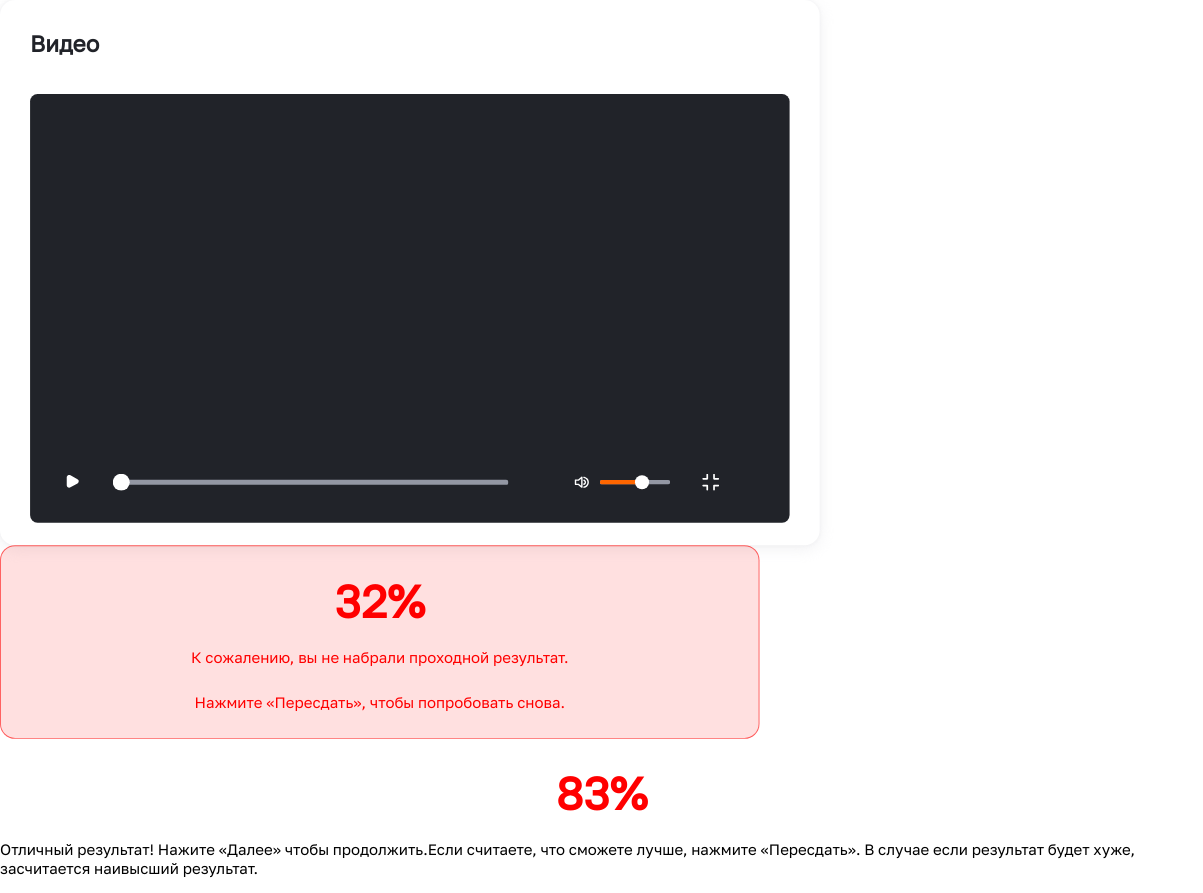
Repository: RuslanSR2424/Group5_LizaAlert
Page: index.html
An editor plug-in stored every save of this project. The page is shown before and after the next save, followed by the edit.
The browser window is 1280 px wide. The pictures show the whole page, at 94% of full size.

Above is the page before, as saved 2022-03-09 17:14:51.

### index.html
<!DOCTYPE html>
<html lang="en">

<head>
    <meta charset="UTF-8">
    <meta http-equiv="X-UA-Compatible" content="IE=edge">
    <meta name="viewport" content="width=device-width, initial-scale=1.0">
    <link rel="stylesheet" href="./pages/index.css" />
    <title>Document</title>
</head>

<body class="root">
    <section class="video">
        <h2 class="video__title">
            Видео
        </h2>
        <div class="video__player">
            <img class="video__button video__button_type_play" src="./images/video/start.svg">
            <img class="video__button video__button_type_timeline" src="./images/video/timeline.svg">
            <img class="video__button video__button_type_sound-icon" src="./images/video/sound-icon.svg">
            <img class="video__button video__button_type_sound" src="./images/video/sound.svg">
            <img class="video__button video__button_type_size" src="./images/video/size.svg">
        </div>
    </section>
    <section class="results">
        <div class="results__bad">
            <h2 class="results__score">32%</h2>
            <p class="result__text result__text_type_bad">К сожалению, вы не набрали проходной результат.</p>
            <p class="result__text result__text_type_bad">Нажмите «Пересдать», чтобы попробовать снова.</p>
        </div>
        <div class="results__good">
            <h2 class="results__score">83%</h2>
            <div class="result__text">
                <p class="result__text result__text_type_good">Отличный результат!
                    Нажите «Далее» чтобы продолжить.Если считаете, что сможете лучше, нажмите «Пересдать». В случае
                    если результат будет хуже, засчитается наивысший результат.</p>
            </div>
        </div>
    </section>
</body>

</html>

### pages/index.css
@import url(../fonts/fonts.css);
@import url(../blocks/root/root.css);

/* video */

@import url(../blocks/video/video.css);
@import url(../blocks/video/__button/video__button.css);
@import url(../blocks/video/__button/_type/video__button_type_play.css);
@import url(../blocks/video/__button/_type/video__button_type_sound.css);
@import url(../blocks/video/__button/_type/video__button_type_timeline.css);
@import url(../blocks/video/__button/_type/video__button_type_size.css);
@import url(../blocks/video/__button/_type/video__button_type_sound-icon.css);
@import url(../blocks/video/__player/video__player.css);
@import url(../blocks/video/__title/video__title.css);

/* results */

@import url(../blocks/results/results.css);
@import url(../blocks/results/__bad/results__bad.css);
@import url(../blocks/results/__good/results__good.css);
@import url(../blocks/results/__score/results__score.css);
@import url(../blocks/results/__text/results__text.css);
@import url(../blocks/results/__text/_type/result__text_type_bad.css);
@import url(../blocks/results/__text/_type/result__text_type_good.css);

### fonts/fonts.css
@font-face {
  font-family: "GolosTextWebRegular";
  src: url(./golos/Golos-Text_Regular.woff2) format("woff2"),
    url(./golos/Golos-Text_Regular.woff) format("woff");
  font-weight: normal;
  font-style: normal;
}
@font-face {
  font-family: "GolosTextWebBold";
  src: url(./golos/Golos-Text_Bold.woff2) format("woff2"),
    url(./golos/Golos-Text_Bold.woff) format("woff");
  font-weight: normal;
  font-style: normal;
}

### blocks/root/root.css
.root {
  margin: 0;
  padding: 0;
  font-family: "GolosTextWebRegular";
}

### blocks/video/video.css
.video {
  height: 580px;
  width: 872px;
  display: flex;
  flex-direction: column;
  background: #ffffff;
  box-shadow: 0px 0px 4px rgba(231, 232, 235, 0.6),
    0px 4px 16px rgba(231, 232, 235, 0.6);
  border-radius: 16px;
}

### blocks/video/__button/video__button.css
.video__button{
    height: 18px;
}

### blocks/video/__button/_type/video__button_type_play.css
.video__button_type_play {
    margin: 0 0 35px 36px;
}

### blocks/video/__button/_type/video__button_type_sound.css
.video__button_type_sound{
    margin: 0 0 34px 10px;
}

### blocks/video/__button/_type/video__button_type_timeline.css
.video__button_type_timeline{
    margin: 0 35px 34px 34px;
}

### blocks/video/__button/_type/video__button_type_size.css
.video__button_type_size{
    margin: 0 34px 34px 34px;
}

### blocks/video/__button/_type/video__button_type_sound-icon.css
.video__button_type_sound-icon{
    margin: 0 0 34px 34px;
}

### blocks/video/__player/video__player.css
.video__player {
  height: 456px;
  width: 808px;
  background-color: #212329;
  display: flex;
  flex-direction: row;
  align-items: flex-end;
  border-radius: 8px;
  margin: auto;
}

### blocks/video/__title/video__title.css
.video__title {
  font-family: "GolosTextWebRegular";
  font-style: normal;
  font-weight: 700;
  font-size: 24px;
  line-height: 28px;
  color: #212329;
  margin: 32px 32px 16px 32px;
}

### blocks/results/results.css
.results{}

### blocks/results/__bad/results__bad.css
.results__bad {
  display: flex;
  flex-direction: column;
  align-items: center;

  width: 808px;
  height: 206px;

  background: rgba(255, 0, 0, 0.12);
  border: 1.2px solid rgba(255, 0, 0, 0.6);
  box-sizing: border-box;
  border-radius: 16px;
}

### blocks/results/__good/results__good.css
.results__good{

}

### blocks/results/__score/results__score.css
.results__score {
  font-family: "GolosTextWebRegular";
  font-style: normal;
  font-weight: bold;
  font-size: 48px;
  line-height: 52px;
  text-align: center;
  margin: 32px 64px 24px 64px;

  color: #FF0000;
}

### blocks/results/__text/results__text.css
.results__text {
  font-family: "GolosTextWebRegular";
  font-style: normal;
  font-weight: normal;
  font-size: 18px;
  line-height: 24px;
  text-align: center;
}

### blocks/results/__text/_type/result__text_type_bad.css
.result__text_type_bad {
  color: #ff0000;
  width: 680px;
  text-align: center;
  margin: 0 0 28px 0;
}

### blocks/results/__text/_type/result__text_type_good.css
.result__text_type_good{}

After the next save:
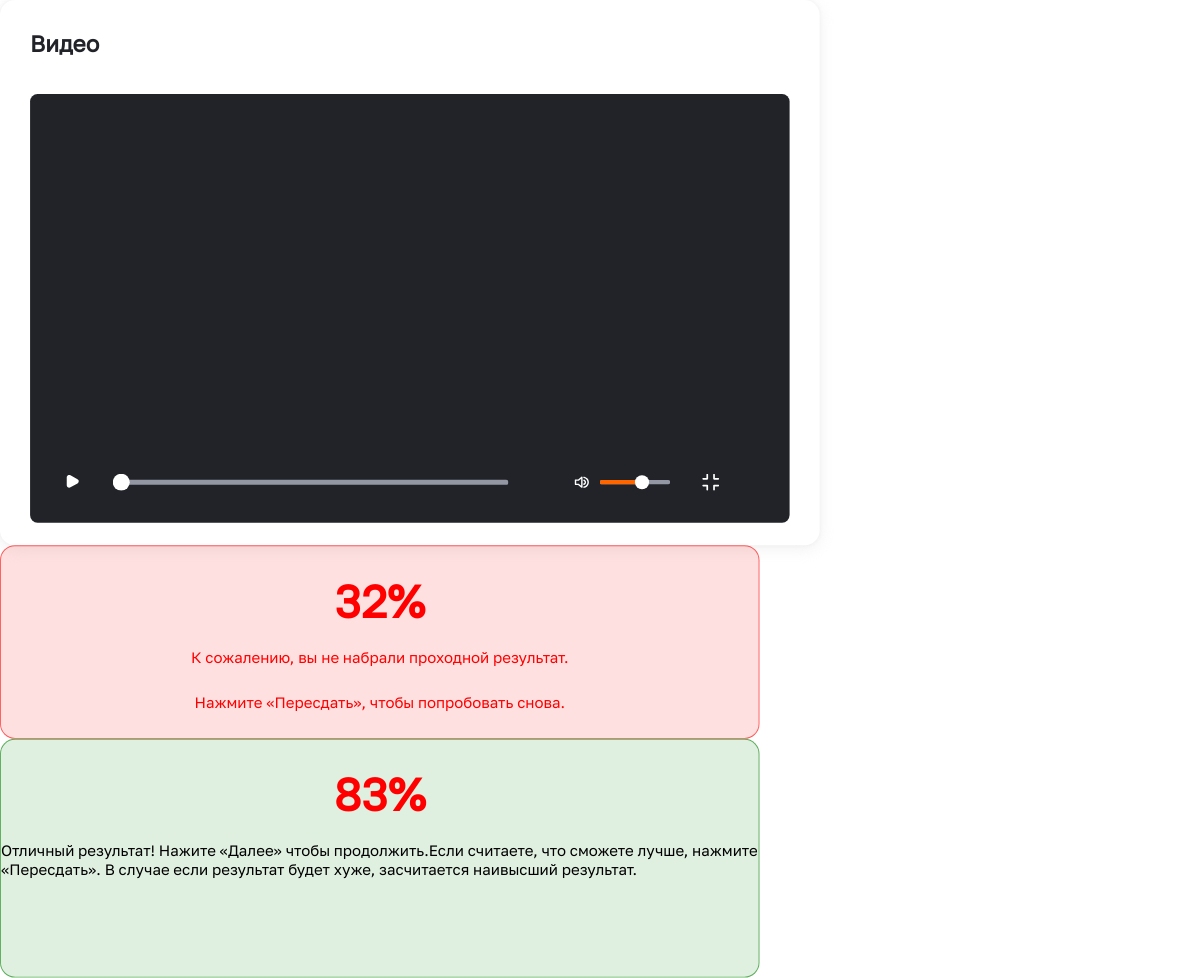
Saved 39 s later.
--- a/blocks/results/__good/results__good.css
+++ b/blocks/results/__good/results__good.css
@@ -1,3 +1,10 @@
-.results__good{
-
+.results__good {
+  width: 808px;
+  height: 254px;
+  left: 32px;
+  top: 501px;
+  background: rgba(0, 128, 0, 0.12);
+  border: 1.2px solid rgba(0, 128, 0, 0.6);
+  box-sizing: border-box;
+  border-radius: 16px;
 }
